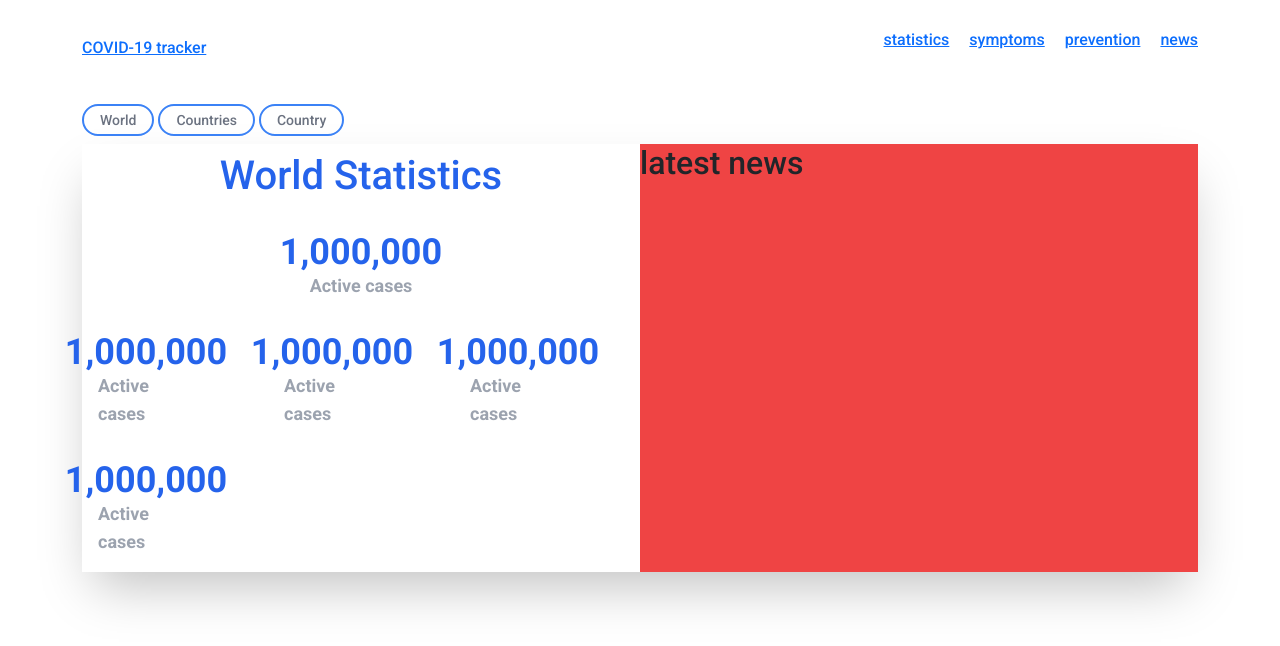
Repository: latenightsnacc/covid-19tracker
Page: design/index.html
The author's editor kept a copy of each file at every save. The page is drawn from the files as they stood at one save, then again after the next save.
The browser window is 1280 px wide. The pictures show the whole page.
Some web libraries are served in a nearby version.

Above is the page before, as saved 2021-07-22 16:41:20.

After the next save:
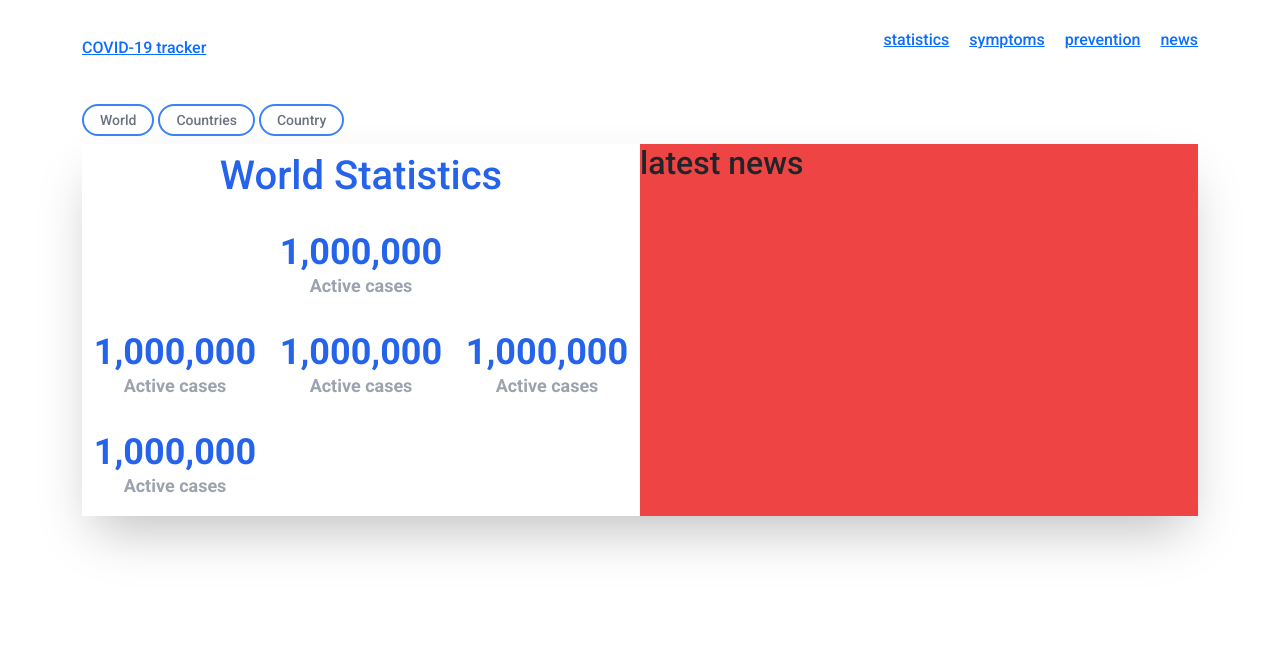
Saved 16 s later.
--- a/design/index.html
+++ b/design/index.html
@@ -81,19 +81,19 @@
                             <span class="text-lg text-gray-400 font-bold">Active cases</span>
                         </div>
                         <div class="grid grid-rows-auto grid-cols-3">
-                            <div class="w-32 flex flex-col items-center justify-center p-3">
+                            <div class="flex flex-col items-center justify-center p-3">
                                 <span class="text-4xl text-blue-600 font-bold">1,000,000</span>
                                 <span class="text-lg text-gray-400 font-bold">Active cases</span>
                             </div>
-                            <div class="w-32 flex flex-col items-center justify-center p-3">
+                            <div class="flex flex-col items-center justify-center p-3">
                                 <span class="text-4xl text-blue-600 font-bold">1,000,000</span>
                                 <span class="text-lg text-gray-400 font-bold">Active cases</span>
                             </div>
-                            <div class="w-32 flex flex-col items-center justify-center p-3">
+                            <div class="flex flex-col items-center justify-center p-3">
                                 <span class="text-4xl text-blue-600 font-bold">1,000,000</span>
                                 <span class="text-lg text-gray-400 font-bold">Active cases</span>
                             </div>
-                            <div class="w-32 flex flex-col items-center justify-center p-3">
+                            <div class="flex flex-col items-center justify-center p-3">
                                 <span class="text-4xl text-blue-600 font-bold">1,000,000</span>
                                 <span class="text-lg text-gray-400 font-bold">Active cases</span>
                             </div>
